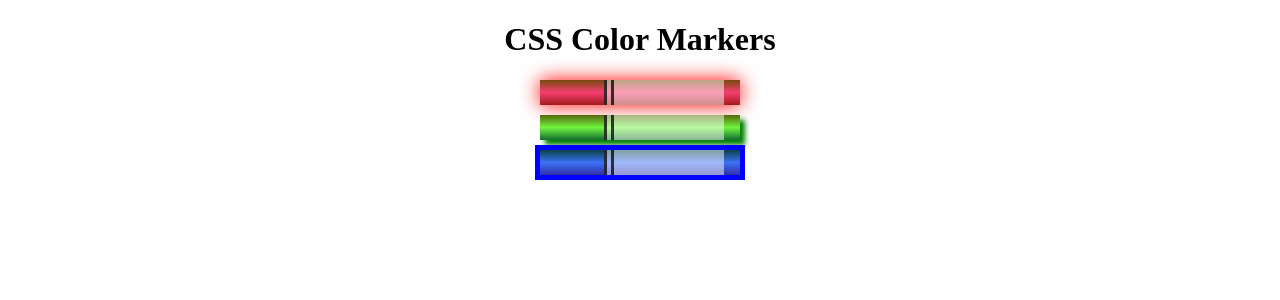
Repository: AimenDje/ColoredMarkers
Page: index.html
An editor plug-in stored every save of this project. The page is shown before and after the next save, followed by the edit.
The browser window is 1280 px wide. The pictures show the whole page.

Above is the page before, as saved 2025-05-09 11:59:08.

After the next save:
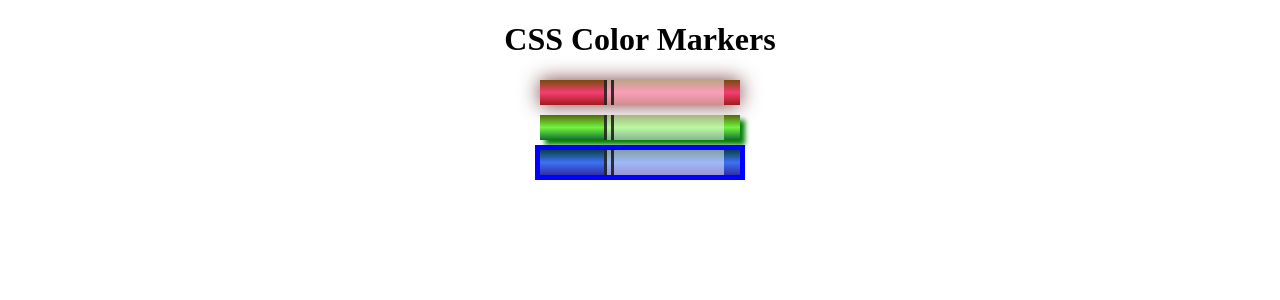
Saved 63 s later.
--- a/styles.css
+++ b/styles.css
@@ -10,7 +10,7 @@
 
 .red {
   background: linear-gradient(rgb(122, 74, 14), rgb(245, 62, 113), rgb(162, 27, 27));
-  box-shadow: 0px 0px 20px 0 red;
+  box-shadow: 0 0 20px 0 rgba(83,14,14 ,0.8);
 }
 
 .green {
